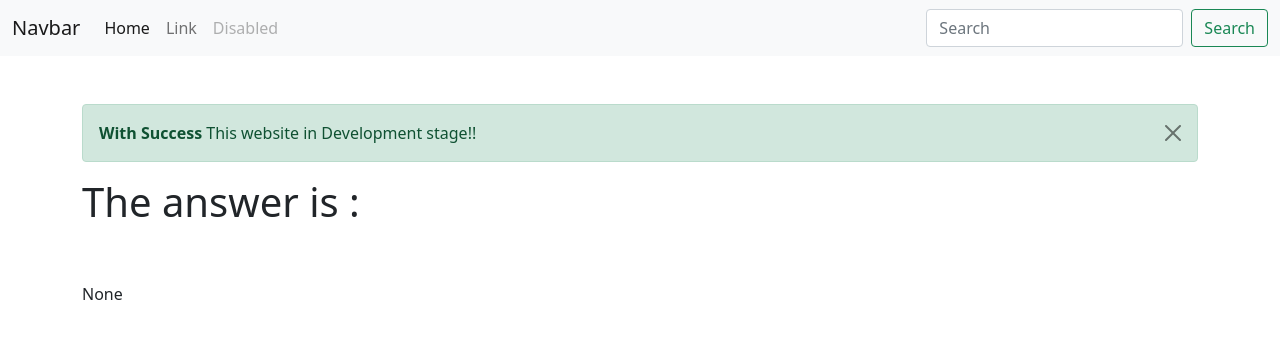
Repository: thenameisshreyank/Textutility
Page: http://localhost/analyze/
These files come from the project's save history. The page is drawn as it stood at one moment and after the next save; the edit follows.
The browser window is 1280 px wide. The pictures show the whole page.
The page is served by the project's application, run on Django 4.2 (manage.py). Other server files are loaded and not shown.

Above is the page before, as saved 2022-04-15 11:09:27.

### templates/analyze.html
<!DOCTYPE html>
<html lang="en">
<head>
    <meta charset="UTF-8">
    <meta http-equiv="X-UA-Compatible" content="IE=edge">
    <meta name="viewport" content="width=device-width, initial-scale=1.0">
    <title>Answer</title>
    <link href="https://cdn.jsdelivr.net/npm/bootstrap@5.1.3/dist/css/bootstrap.min.css" rel="stylesheet" integrity="sha384-1BmE4kWBq78iYhFldvKuhfTAU6auU8tT94WrHftjDbrCEXSU1oBoqyl2QvZ6jIW3" crossorigin="anonymous">
</head>
<body>
    <nav class="navbar navbar-expand-lg navbar-light bg-light">
        <div class="container-fluid">
          <a class="navbar-brand" href="https://getbootstrap.com/">Navbar</a>
          <button class="navbar-toggler" type="button" data-bs-toggle="collapse" data-bs-target="#navbarSupportedContent" aria-controls="navbarSupportedContent" aria-expanded="false" aria-label="Toggle navigation">
            <span class="navbar-toggler-icon"></span>
          </button>
          <div class="collapse navbar-collapse" id="navbarSupportedContent">
            <ul class="navbar-nav me-auto mb-2 mb-lg-0">
              <li class="nav-item">
                <a class="nav-link active" aria-current="page" href="#">Home</a>
              </li>
              <li class="nav-item">
                <a class="nav-link" href="#">Link</a>
              </li>

              <li class="nav-item">
                <a class="nav-link disabled">Disabled</a>
              </li>
            </ul>
            <form class="d-flex">
              <input class="form-control me-2" type="search" placeholder="Search" aria-label="Search">
              <button class="btn btn-outline-success" type="submit">Search</button>
            </form>
          </div>
        </div>
      </nav><br><br>
      <div class="container">
        <div class="alert alert-success alert-dismissible fade show" role="alert">
            <strong>With Success</strong> This website in Development stage!!
            <button type="button" class="btn-close" data-bs-dismiss="alert" aria-label="Close"></button>
          </div>
    <h1>The answer is : </h1><br><br>
    {{ans}}
</div>
</body>
</html>

### c1/views.py

from django.http import HttpResponse
from django.shortcuts import render

from django.http import HttpResponse
# Create your views here.

def nav(request):
    return render(request,"index.html")

def analyze(request):
    rawtext=request.GET.get('text')
    pun=request.GET.get('rf')
    uc=request.GET.get('upper')
    space=request.GET.get('space')
    answer=""
    ans1=""
    if pun=='true':
        punctuation='''!@#$%^&*()_;+<>?/~`"='''
        for x in rawtext:
            if x not in punctuation:
             answer=answer+x
    else:
        answer=rawtext
    if uc=="true":
        # for ch in rawtext:
        answer=answer.upper()

    if space=="true":
        for ch in answer:
            if ch==" ":
                pass
            else:
                ans1=ans1+ch
        answer=ans1
    return render(request,'analyze.html',{'ans':answer})

### c/urls.py
"""c URL Configuration

The `urlpatterns` list routes URLs to views. For more information please see:
    https://docs.djangoproject.com/en/4.0/topics/http/urls/
Examples:
Function views
    1. Add an import:  from my_app import views
    2. Add a URL to urlpatterns:  path('', views.home, name='home')
Class-based views
    1. Add an import:  from other_app.views import Home
    2. Add a URL to urlpatterns:  path('', Home.as_view(), name='home')
Including another URLconf
    1. Import the include() function: from django.urls import include, path
    2. Add a URL to urlpatterns:  path('blog/', include('blog.urls'))
"""

from django.contrib import admin
from django.urls import include, path

urlpatterns = [
    path('admin/', admin.site.urls),
    path('',include('c1.urls')),
]

### c1/urls.py




from . import views
from django.urls import path


urlpatterns=[
    path('',views.nav),
    path('analyze/',views.analyze),
]

After the next save:
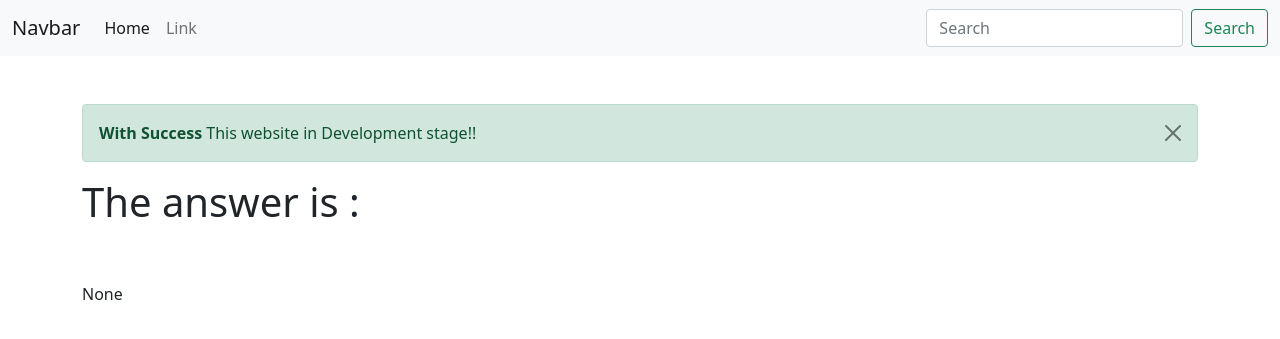
Saved 7 s later.
--- a/templates/analyze.html
+++ b/templates/analyze.html
@@ -23,9 +23,7 @@
                 <a class="nav-link" href="#">Link</a>
               </li>
 
-              <li class="nav-item">
-                <a class="nav-link disabled">Disabled</a>
-              </li>
+
             </ul>
             <form class="d-flex">
               <input class="form-control me-2" type="search" placeholder="Search" aria-label="Search">
